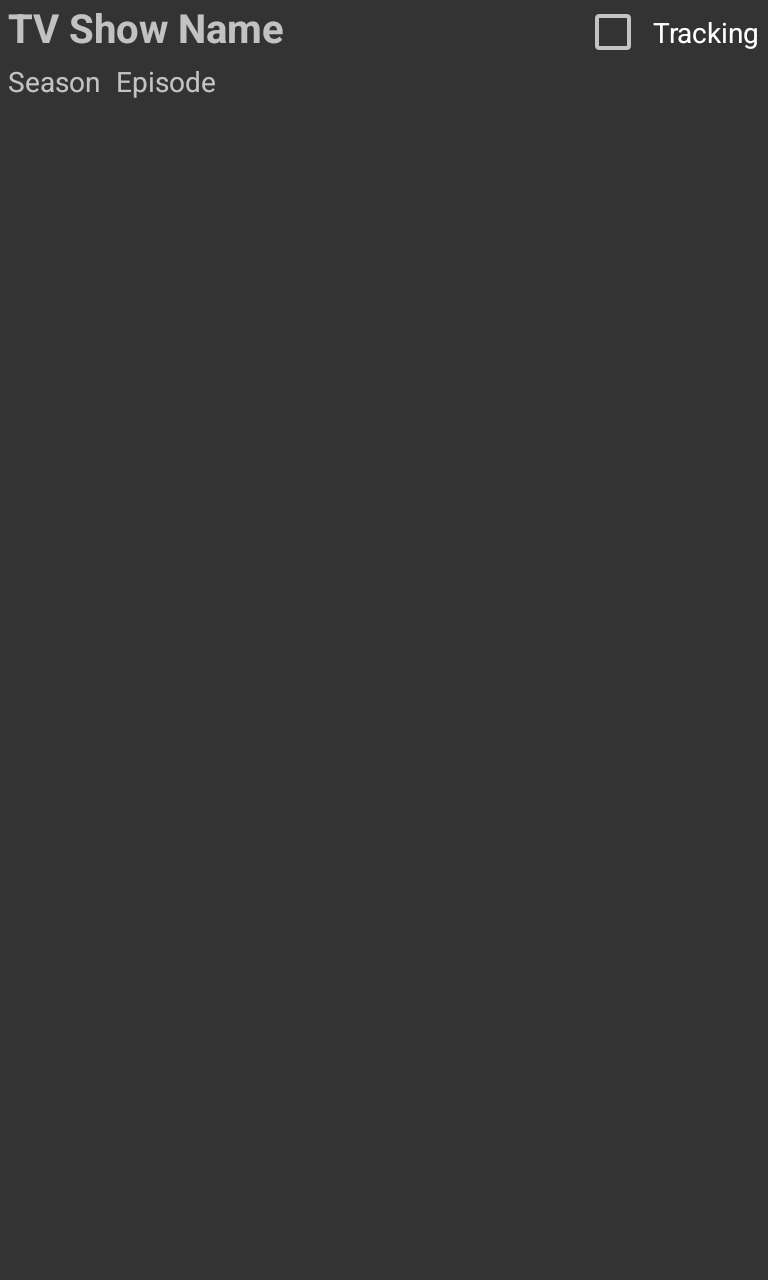
Repository: Jeedan/learning-android-apps
Layout: TvShowTracker/res/layout/list_item_tvshow.xml
These files come from the project's save history. The layout is drawn as it stood at one moment and after the next save; the edit follows.
It is drawn on a 768 x 1280 px phone screen (xhdpi) without system bars, with theme AppTheme; the app's code is not run. The app's manifest (not shown) leaves right-to-left support off. So textAlignment, textDirection and layoutDirection are ignored, and left and right values win over start and end ones.

Above is the layout before, as saved 2014-10-29 14:47:49.

### TvShowTracker/res/layout/list_item_tvshow.xml
<?xml version="1.0" encoding="utf-8"?>
<RelativeLayout xmlns:android="http://schemas.android.com/apk/res/android"
    android:layout_width="match_parent"
    android:layout_height="wrap_content" >

    <TextView
        android:id="@+id/tv_Show_Name_Text_View"
        android:layout_width="match_parent"
        android:layout_height="wrap_content"
        android:textSize="20sp"
        android:textStyle="bold"
        android:paddingLeft="4dp"
        android:paddingRight="4dp"
        android:text="@string/tv_show_name"/>

    <CheckBox android:id="@+id/tracked_tv_show_check_box"
        android:layout_width="wrap_content"
        android:layout_height="wrap_content"
        android:text="Tracking"
        android:layout_alignParentRight="true"
        android:layout_alignParentEnd="true"
        android:padding="4dp"
        android:enabled="true"
        android:focusable="false"  />

	<TextView
        android:id="@+id/tv_Show_Season_Text_View"
        android:layout_width="wrap_content"
        android:layout_height="wrap_content"
        android:paddingLeft="4dp"
        android:paddingRight="4dp"
        android:paddingTop="4dp"
        android:layout_below="@id/tv_Show_Name_Text_View"
        android:text="@string/tv_show_season"/>

	<TextView
        android:id="@+id/tv_Show_Episode_Text_View"
        android:layout_width="wrap_content"
        android:layout_height="wrap_content"
        android:paddingLeft="4dp"
        android:paddingRight="4dp"
        android:paddingTop="4dp"
        android:layout_below="@id/tv_Show_Name_Text_View"
        android:layout_toEndOf="@id/tv_Show_Season_Text_View"
        android:layout_toRightOf="@id/tv_Show_Season_Text_View"
        android:text="@string/tv_show_episode_title"/>

</RelativeLayout>

### TvShowTracker/res/values-v21/styles.xml
<resources>

    <!--
        Base application theme for API 14+. This theme completely replaces
        AppBaseTheme from BOTH res/values/styles.xml and
        res/values-v11/styles.xml on API 14+ devices.
    -->
    <style name="AppBaseTheme" parent="@android:style/Theme.Material">
        <!-- API 21 theme customizations can go here. -->
     	<!-- Main theme colors -->
	    <!--   your app branding color for the app bar (Action bar_)-->
	    <item name="android:colorPrimary">@color/primary</item>
	    <!--   darker variant for the status bar and contextual app bars -->
	    <item name="android:colorPrimaryDark">@color/primary_dark</item>
	    <!--   theme UI controls like checkboxes and text fields -->
	    <item name="android:colorAccent">@color/accent</item>
	    <!--   winow background -->
	    <item name="android:windowBackground">@color/windowBackground</item>
	    <!--   Text but don't know if it is for all texts -->
	    <item name="android:textColorPrimary">@color/textColorPrimary_Light</item>
    </style>

        <!-- Application theme. -->
    <style name="AppTheme" parent="AppBaseTheme">
        </style>
</resources>

### TvShowTracker/res/values/colors.xml
<?xml version="1.0" encoding="utf-8"?>
<resources>
    <color name="accent">#FF9D00</color>

    <!--  example: season + episode + release date info text under Show Name -->
    <color name="show_subtitle_text_view_color">#368ABF</color>

    <color name="textColorPrimary">#ffffff</color>
    <color name="textColorPrimary_Light">#666666</color>

    <color name="windowBackground">#333333</color>

    <color name="primary">#1a1a1a</color>
    <color name="primary_dark">#000000</color>

</resources>

### TvShowTracker/res/values/strings.xml
<?xml version="1.0" encoding="utf-8"?>
<resources>

    <string name="app_name">TvShowTracker</string>
    <string name="app_all_shows">List of all available shows</string>
    <string name="app_calendar_title">Today\'s shows</string>
    <string name="action_settings">Settings</string>

    <string name="tv_show_name">TV Show Name</string>
    <string name="tv_show_season">Season</string>
    <string name="tv_show_episode_title">Episode</string>


    <string name="empty_list">There are no TV Shows in this list.</string>

</resources>

Loaded but not shown: TvShowTracker/res/values/styles.xml (common file); TvShowTracker/res/values-v11/styles.xml (common file)

After the next save:
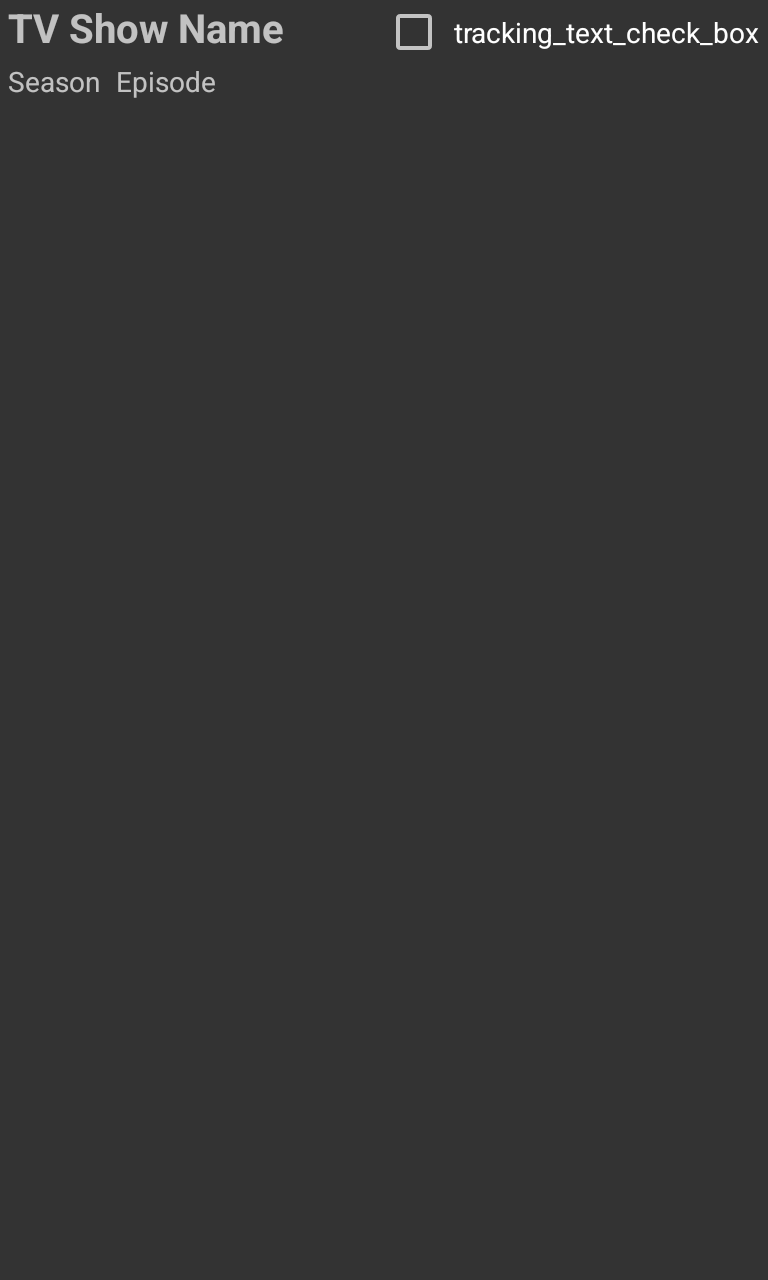
Saved 46 s later.
--- a/TvShowTracker/res/layout/list_item_tvshow.xml
+++ b/TvShowTracker/res/layout/list_item_tvshow.xml
@@ -16,7 +16,7 @@
     <CheckBox android:id="@+id/tracked_tv_show_check_box"
         android:layout_width="wrap_content"
         android:layout_height="wrap_content"
-        android:text="Tracking"
+        android:text="@string/tracking"
         android:layout_alignParentRight="true"
         android:layout_alignParentEnd="true"
         android:padding="4dp"
--- a/TvShowTracker/res/values/strings.xml
+++ b/TvShowTracker/res/values/strings.xml
@@ -13,4 +13,7 @@
 
     <string name="empty_list">There are no TV Shows in this list.</string>
 
+
+    <string name="tracking">tracking_text_check_box</string>
+
 </resources>
